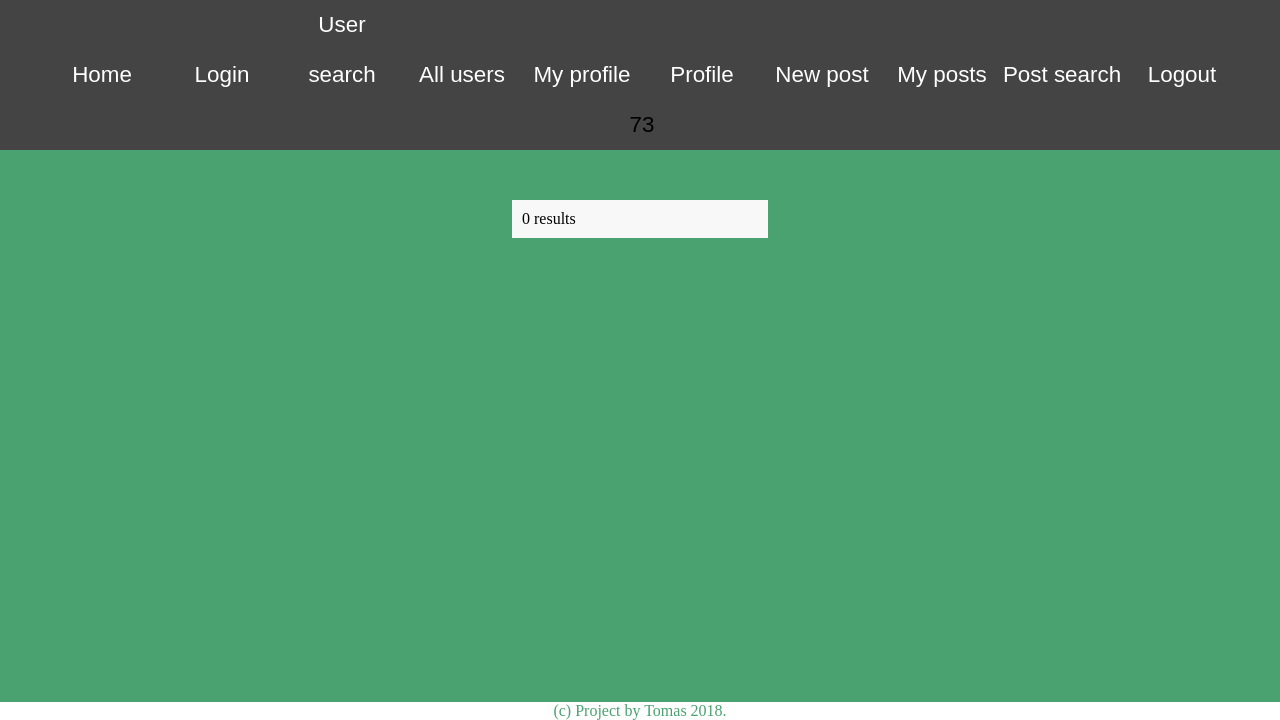
Repository: codin-full-stack/tomasz
Page: http://localhost/tomasz/userInfo.php
The author's editor kept a copy of each file at every save. The page is drawn from the files as they stood at one save, then again after the next save.
The browser window is 1280 px wide. The pictures show the whole page.
The page is run by PHP 8.4 with error messages shown; the project is at /var/www/html/.

Above is the page before, as saved 2018-10-12 11:42:54.

### userInfo.php

<?php
include 'config.php';
include 'header.php';
?>


<div class="userinfo">
    <?php if (isset($_SESSION['id'])) {
            $search_value=$_SESSION["id"];
            $sql="select * from users where id like '%$search_value%'";
            $res=$conn->query($sql); ?>
          <?php  while($row=$res->fetch_assoc()){ ?>
            <div class="userinfo-box">
                <div class="userinfo-box-image-container">
                    <?php if (!empty($row['image'])){ ?>
                        <img src="data:[embedded picture, 66 characters]" class="userinfo-box-image" /></a>
                    <?php } ?>
                </div>
                <div class="userinfo-box-info">
                    <h2 class="userinfo-box-heading">
                        <?php
                             echo "ID - </b>" . $row["id"]. "<br>" .
                                "Vardas: " . $row["name"]. "<br>" .
                                "Pavarde: " . $row["surename"]. "<br>" .
                                "Email: " . $row["email"]. "<br>" .
                                "Amzius: " . $row["age"]. "<br>" .
                                "Miestas: " . $row["city"]. "<br>" .
                                "Lytis: " . $row["gender"]. "<br><br>";
                        ?>
                    </h2>
                </div>
            </div>
        <?php } ?>
    <?php } else { ?>
        0 results
    <?php } ?>
</div>

<?php
include 'footer.php';
?>

### config.php
<?php
$servername = "localhost";
$username = "root";
$password = "";
$db = "tomasz";

$conn = mysqli_connect($servername, $username, $password, $db);

if (!$conn) {
    die("Connection failed: " . mysqli_connect_error());
}
// echo "Connected successfully";

?>

### header.php
<?php
session_start();
// include('sessionCheck.php');
include('jsonFunctions.php');
?>

<!DOCTYPE html>
<html>
<head>
    <meta charset="utf-8" />
    <title>
    <?php
        if(isset($_SESSION['id'])) {
            $search_value=$_SESSION["id"];
            $sql3="select * from users where id ='$search_value'";
            $result3=mysqli_query($conn, $sql3);
            $row3=mysqli_fetch_assoc($result3);
            echo "Prisijunges: " . $row3['name'];
        } else {
            echo 'Prisjunk';
        }
    ?>
    </title>
    <meta name="viewport" content="width=device-width, initial-scale=1.0">
    <link rel="stylesheet" href="styles/styles.css" type="text/css">
    <link href="https://fonts.googleapis.com/css?family=Roboto" rel="stylesheet">
</head>
<header>
    <div class="nav">
        <?php include('TopMenu.php')?>
    </div>
</header>

### jsonFunctions.php
<?php

function scanFiles($dir) {
    $path = __DIR__ . DIRECTORY_SEPARATOR . $dir;
    $files = scandir($path);

    return $files;
}

/** DECODE json to array and return  */
function jsonFileToArray($dir, $file) {
    $path = __DIR__ . DIRECTORY_SEPARATOR . $dir . DIRECTORY_SEPARATOR;
    $file = file_get_contents($path . $file, FILE_USE_INCLUDE_PATH);
    $allInfo = json_decode($file, true);

    return $allInfo;
}

/** ENCODE array to JSON */
function arrayToJsonFile($dir, $data) {
    $path = __DIR__ . DIRECTORY_SEPARATOR . $dir . DIRECTORY_SEPARATOR;
    $encodeFileName = urlencode($data['email'] . '.json');
    $json = json_encode($data, JSON_PRETTY_PRINT|JSON_UNESCAPED_UNICODE);
    file_put_contents($path . $encodeFileName , $json);
    echo "Ikelta: $path . $encodeFileName . <br> . <br>";
}

/** Show all registered users data  */
function allRegisteredList($files, $dir) {
    foreach ($files as $key => $value) {
        $pos = strpos($value, '.json');
        if ($pos != false) {
           $allInfo = jsonFileToArray($dir, $value);
            foreach ($allInfo as $key => $item) {
                if (!is_array($item)) {
                    echo $key . '=>' . $item . '<br/>';
                } else {
                    foreach ($item as $key => $val) {
                        echo $key . '=>' . $val . '<br/>';
                    }
                }
            }
            echo '<br/>';
        }
    }
}

function fileExists($dir, $fileName) {
    $path = __DIR__ . DIRECTORY_SEPARATOR . $dir . DIRECTORY_SEPARATOR;
    if(file_exists($path . $fileName)) {
        return true;
    } else {
        return false;
    }
}
/**
 * SEARCH FOR USER
 */
function searchUser($labelsArray, $fileName, $data) {
    if (!empty ($data)) {
        // var_dump (fileExists('regFormJson', $fileName)); FUNKCIJOS test
        if (fileExists('regFormJson', $fileName)) {
            $json = jsonFileToArray('regFormJson', $fileName);
            unset($json['pass']);
            foreach ($json as $key => $item) {
                if (!empty($item)) {
                    echo $labelsArray[$key] . ': ' .  $item . '<br>' ;
                }
            }
        } else {
            echo "Tokio vartotojo nera";
        }
    }
}

/** Show registered info */
function retrieve($fileName, $data, $labelsArray ) {
    if (!empty ($data)) {
            $json = jsonFileToArray('regFormJson', $fileName);
            foreach ($json as $key => $item) {
                if (!empty($item)) {
                    echo $labelsArray[$key] . ': ' .  $item . '<br>' ;
            }
        }
    }
}


// function loginU($fileName, $data) {
//     if (!empty($data) && fileExists('regFormJson', $fileName)) {

//         header("location: index.php");
//     } else {
//         header("location: login.php");
//     }
// }

function getFilePath($logindata){
    $filePath = __DIR__ . DIRECTORY_SEPARATOR . 'regFormJson' . DIRECTORY_SEPARATOR . urlencode($logindata['email'] . '.json');

    return $filePath;
 }

 /** Funkcija vartotojo duomenu istraukimui */

 function getUserInfo($filePath){
    if(file_exists($filePath)){
        $info2 = file_get_contents($filePath);
        $masyv = json_decode($info2, true);
        return $masyv;
    } else {
        return null;
    }
 }

 function loginU($data){

    $filePath = getFilePath($data);
    $userInfo = getUserInfo($filePath);

    if(!empty($userInfo)){

        checkPass($filePath, $data);

    /** jei vartotojas egzistuoja issitraukti jo duomenis, patikrinti issaugota slaptazodi su postinamu passu ir jei jei sutampa uzsetinti sesija */
    } else {
        echo 'Neteisingas slaptazodis';
    }
 }

 /** funkcija slaptazodzio palyginimui */
 function checkPass($filePath, $data){

    $data['pass1'] = md5($data['pass1']);

    $userInfo = getUserInfo($filePath);

    if ($userInfo['pass'] == $data['pass1']){

        $_SESSION = [
            'email'   => $userInfo['email'],
        ];

        header('refresh:0.1; index.php');
    } else {
        echo 'Neteisingas slaptazodis';
    }
 }


 function userInfo($labelsArray, $fileName) {
    if (fileExists('regFormJson', $fileName)) {
        $json = jsonFileToArray('regFormJson', $fileName);
        unset($json['pass']);
        foreach ($json as $key => $item) {
            if (!empty($item)) {
                echo $labelsArray[$key] . ': ' .  $item . '<br>' ;
            }
        }
    }
 }

function getInfo() {
    if (isset($session['id'])) {

    }
}
?>

### TopMenu.php
<ul>
    <li><a href="index.php">Home</a></li>
    <li class="log"><a href="login.php">Login</a></li>
    <li><a href="paieska.php">User search</a></li>
    <li><a href="allRegisteredList.php">All users</a></li>
    <li><a href="userInfo.php">My profile</a></li>
    <li><a href="infoChange.php">Profile</a></li>
    <li><a href="post_new.php">New post</a></li>
    <li><a href="myPosts.php">My posts</a></li>
    <li><a href="search.php">Post search</a></li>
    <li class="log"><a href="logout.php">Logout</a></li>
    <li class="kaledos"><a></a></li>
</ul>

### footer.php
<div class="footer">
    (c) Project by Tomas 2018.
</div>
<script src="script.js"></script>
</body>
</html>

### styles/styles.css
body {
    background: #4AA270;
    align-items: center;
    height: 100%;
    width: 100%;
    margin: 0;
    padding: 0;

}
.container {
    overflow: hidden;
    margin: 220px auto;
    width: 320px;
    box-sizing: border-box;
}

.box {
    padding: 20px;
    background-color: #FFFFFF;
    height: 280px;
    box-sizing: border-box;

}

.buttons {
    display: flex;
    height: 40px;

}

.lButton {
    width: 50%;
    color: #000000;
    background-color: #FFFFFF;
    border: 0;
    padding: 10px 10px 10px 30px;
    cursor: pointer;
    min-height: 40px;
    justify-content: center;
}

.rButton {
    width: 50%;
    color: #FFFFFF;
    background-color: #E1E1E1;
    border: 0;
    padding: 10px 10px 10px 30px;
    cursor: pointer;
    min-height: 40px;
    justify-content: center;
}

.boxReg {
    padding: 20px;
    background-color: #FFFFFF;
    height: 600px;
    box-sizing: border-box;
}

.field {
    display: flex;
    position: relative;
    width: 100%;
    padding: 2px;
    background-color: #FFFFFF;
    border-style: none;
    border-bottom-style: solid;
    border-bottom-color: #E1E1E1;
    border-width: 1px;
    box-sizing: border-box;
    font-family: 'Roboto', sans-serif;
    box-shadow: inset 20px 20px #FFFFFF;
}

.label {
    display: flex;
    padding-top: 30px;
    font-family: 'Roboto', sans-serif;
    font-size: 12px;
    font-weight: bold;
    position: relative;
    right: -2px;
    border-style: none;
}

.field:focus{
    outline:none;
    border-color: #4AA270;
}

.rButton:focus {
    outline: 0;
    border-bottom: 1px solid #FFFFFF;
    box-shadow: 0 3px 0 #4AA270;
}

.lButton:focus {
    outline: 0;
    border-bottom: 1px solid #FFFFFF;
    box-shadow: 0 3px 0 #4AA270;
}

.sigin {
    background-color: #4AA270;
    color: white;
    padding: 6px 14px;
    border: none;
    width: 40%;
    position: relative;
    top: 60px;
    float: right;
}

.sigin:focus {
    outline: 1;
    outline-color: #4AA270;
}
.forgot-link {
    position: relative;
    float: left;
    top: 65px;
    font-family: 'Roboto', sans-serif;
    font-size: 11px;
    color: #97D8D7;
}
.regButton {
    background-color: #4AA270;
    color: white;
    padding: 6px 14px;
    border: none;
    width: 40%;
    position: relative;
    top: 5px;
    float: right;
}
.labelspace {
    display: flex;
    padding-top: 10px;
    font-family: 'Roboto', sans-serif;
    font-size: 12px;
    font-weight: bold;
    position: relative;
    right: -2px;
    border-style: none;
}
.labelradio {
    display: inline-block;
    font-family: 'Roboto', sans-serif;
    font-size: 12px;
    font-weight: bold;
    position: relative;
    right: -2px;
    border-style: none;
}
.footer {
    position: fixed;
    left: 0;
    bottom: 0;
    width: 100%;
    background-color: #ffffff;
    color: #4AA270;
    text-align: center;

}
.allreg {
    color: #4AA270;
}

.feed {
    display: flex; /* or inline-flex */
    width: 61%;
    background-color: #F8F8F8;
    margin-top: 40px;
    margin-right: auto;
    margin-left: auto;
    flex-wrap: wrap;
    justify-content: space-around;
    padding: 10px;
}

.feed-box {
    height: 425px;
    width: 270px;
    background-color:#ffffff;
    position: relative;
    overflow: hidden;
    margin: 5px;
}

.feed-box-image {
    height: auto;
    width: 100%;

}
.feed-box:nth-child(4n-3) {
    width: 560px;
}
.feed-box-title {
    position: absolute;
    bottom: 0;
    padding: 5px;
    background-color: #ffffff;
    width: 100%;
}
.feed-box-image-container {
    overflow: hidden;
    height: 290px;
    width: auto;

}

* {
    box-sizing: border-box;
}

.feed-box-heading {
    overflow-wrap: break-word;
    font-family: 'Roboto', sans-serif;
    font-size: 20px;
}

.mygtukasPaieska {
    text-align: right;
    background: white;
    margin: auto;
}

.searchbutton {
    background-color: #4AA270;
    color: white;
    padding: 6px 14px;
    border: none;
    width: 30%;
    position: absolute;
    top: 45px;
    right: 20px;

}

.paieska {
    display: block;
    width: 300px;
    background-color: #ffffff;
    min-height: 140px;
    margin-top: 40px;
    margin-right: auto;
    margin-left: auto;
    flex-wrap: wrap;
    position: relative;
    top: 100px;
    padding: 10px;
}

.textPad {
    padding: 20px;
    background-color: white;
    width: 400px;
    margin: 250px auto;
}
.fieldPost {
    display: flex;
    position: relative;
    width: 100%;
    padding: 10px;
    background-color: #FFFFFF;
    border-style: none;
    border-bottom-style: solid;
    border-bottom-color: #E1E1E1;
    border-width: 1px;
    box-sizing: border-box;
    font-family: 'Roboto', sans-serif;
    box-shadow: inset 20px 20px #FFFFFF;
}
.fieldPost:focus{
    outline:none;
    border-color: #4AA270;
}
.postButton {
    background-color: #4AA270;
    color: white;
    padding: 6px 14px;
    border: none;
    width: 30%;
    position: relative;
    top: -15px;
    float: right;
}
.feed-box-heading a {
    font-family: 'Roboto', sans-serif;
    font-size: 20px;
    color: #494949;
    border: none;
    text-decoration: none;
}

.boxLogin {
    display: flex; /* or inline-flex */
    background-color: transparent;
    margin-top: 40px;
    margin-right: auto;
    margin-left: auto;
    flex-wrap: wrap;
    padding: 10px;
}
.containerlogin {
    overflow: hidden;
    margin: 220px auto;
    width: 320px;
    box-sizing: border-box;
}

.nav {
    position: fixed;
    width: 100%;
    background-color: #494949;
    overflow: hidden;
    top: 0px;
    z-index: 100;
    left: 0px;
}

.nav ul {
    list-style: none;
    background-color: #444;
    text-align: center;
    padding: 0;
    margin: 0;
  }
  .nav li {
    font-family: 'Oswald', sans-serif;
    font-size: 1.2em;
    line-height: 40px;
    height: 40px;
    border-bottom: 1px solid #888;
    width: 100%;
  }

  .nav a {
    text-decoration: none;
    color: #fff;
    display: block;
    transition: .3s background-color;
  }

  .nav a:hover {
    background-color: #025e10;
  }

  .nav a.active {
    background-color: #fff;
    color: #444;
    cursor: default;
  }
  .users {
    display: flex;
    width: 80%;
    background-color: #F8F8F8;
    margin-top: 50px;
    margin-right: auto;
    margin-left: auto;
    flex-wrap: wrap;
    justify-content: space-between;
    padding: 10px;
}
.userinfo {
    display: flex;
    width: 20%;
    background-color: #F8F8F8;
    margin-top: 200px;
    margin-right: auto;
    margin-left: auto;
    flex-wrap: wrap;
    justify-content: space-between;
    padding: 10px;
}

  @media screen and (min-width: 435px) {
    .nav li {
      width: 120px;
      border-bottom: none;
      height: 50px;
      line-height: 50px;
      font-size: 1.4em;
      display: inline-block;
      margin-right: -4px;
    }
}

@media only screen and (max-width: 1440px) {
    .feed-box:nth-child(4n+4) {
        width: 560px;
    }
    .feed {
        margin-top: 45px;
    }
}
@media only screen and (max-width: 1024px) {
    .feed-box:nth-child(1n) {
        width: 48%;
    }
    .feed {
        width: 75%;
        margin-top: 93px;
    }
    .users-box:nth-child(1n) {
        width: 32%;
    }
    .users {
        margin-top: 93px;
    }
    .userinfo {
        width: 30%;
    }

}
@media only screen and (max-width: 768px) {
    .feed-box:nth-child(1n) {
        width: 100%;
    }
    .users-box:nth-child(1n) {
        width: 48%;
    }
    .users {
        margin-top: 93px;
    }
    .userinfo {
        width: 40%;
    }
}
@media only screen and (max-width: 425px) {
    .feed-box:nth-child(1n) {
        width: 100%;
    }
    .feed {
        width: 90%;
        margin-top: 393px;
    }
    .users {
        width: 90%;
        margin-top: 393px;
    }
    .userinfo {
        width: 60%;
        margin-top: 393px;
    }
}
@media only screen and (max-width: 320px) {
    .feed-box:nth-child(1n) {
        width: 100%;
    }
    .feed {
        width: 95%;
    }
    .users {
        width: 95%;
    }
    .userinfo {
        width: 90%;
    }
}
.allUsers a {
    font-family: 'Roboto', sans-serif;
    font-size: 12px;
    color: #494949;
    overflow-wrap: break-word;
}

.users-box {
    height: 425px;
    width: 270px;
    background-color:#ffffff;
    position: relative;
    overflow: hidden;
    margin: 5px;
}

.users-box-image {
    height: auto;
    width: 100%;

}

.users-box-info {
    position: absolute;
    bottom: 0;
    padding: 5px;
    background-color: #ffffff;
    width: 100%;
}
.users-box-image-container {
    overflow: hidden;
    height: 290px;
    width: auto;

}
.users-box-heading {
    overflow-wrap: break-word;
    font-family: 'Roboto', sans-serif;
    font-size: 17px;
}

.userinfo-box {
    height: 425px;
    width: 100%;
    background-color:#ffffff;
    position: relative;
    overflow: hidden;
    margin: 5px;
}

.userinfo-box-image {
    height: auto;
    width: 100%;

}

.userinfo-box-info {
    position: absolute;
    bottom: 0;
    padding: 5px;
    background-color: #ffffff;
    width: 100%;
}
.userinfo-box-image-container {
    overflow: hidden;
    height: 290px;
    width: auto;

}
.userinfo-box-heading {
    overflow-wrap: break-word;
    font-family: 'Roboto', sans-serif;
    font-size: 17px;
}

.tableinfo {
    margin-top: 100px;
    max-width: 100%;
    min-height: 100%;
}

thead {
    background-color: #6D7AE0;
    color: #fff;
    font-family: 'Roboto', sans-serif;
    font-size: 17px;
    text-align: left;

}

tbody {
    background-color: #ffffff;
    font-family: 'Roboto', sans-serif;
    font-size: 14px;


}

table {
    border-collapse: collapse;
    border-radius: 12px;
    border: none;
    letter-spacing: 1px;
    font-family: sans-serif;
    font-size: .8rem;
    width: 50%;
    overflow: hidden;
    margin-left: auto;
    margin-right: auto;

}

th {
    border: none;
    padding: 5px 40px;
    height: 60px;
    font-weight: normal !important;
}

td {
    border: none;
    /* padding: 5px 40px; */
    text-align: center;
    height: 50px;
    font-weight: normal !important;
    border-bottom: 1px solid #F2F2F2;
    text-align: left;
}

td a {
    padding: 15px 40px;
    text-decoration: none;
    color: #646464;
}
@media only screen and (max-width: 760px),
(min-device-width: 768px) and (max-device-width: 1024px)  {

	/* Force table to not be like tables anymore */
	table, thead, tbody, th, td, tr {
        display: block;
    }
    table {
        width: 90%;
    }

	/* Hide table headers (but not display: none;, for accessibility) */
	thead tr {
		position: absolute;
		top: -9999px;
		left: -9999px;
	}

	tr { border: 1px solid #ccc; }

	td {
		border: none;
		border-bottom: 1px solid #eee;
		position: relative;
		padding-left: 50%;
	}

	td:before {
		position: absolute;
		top: 6px;
		left: 6px;
		width: 45%;
		padding-right: 10px;
		white-space: nowrap;
    }

	td:nth-of-type(1):before { content: "Full name"; }
	td:nth-of-type(2):before { content: "Age"; }
	td:nth-of-type(3):before { content: "Job Title"; }
	td:nth-of-type(4):before { content: "Location"; }

}

### script.js
// Set the date we're counting down to
function kaledos() {
    var countDownDate = new Date("Dec 25, 2018 00:00:00").getTime();

    // Update the count down every 1 second
    var x = setInterval(function() {


    // Get todays date and time
    var now = new Date().getTime();


    // Find the distance between now and the count down date
    var distance = countDownDate - now;

    // Time calculations for days, hours, minutes and seconds
    var days = Math.floor(distance / (1000 * 60 * 60 * 24));
    var hours = Math.floor((distance % (1000 * 60 * 60 * 24)) / (1000 * 60 * 60));
    var minutes = Math.floor((distance % (1000 * 60 * 60)) / (1000 * 60));
    var seconds = Math.floor((distance % (1000 * 60)) / 1000);


    // Display the result in the element with id="demo"
      document.getElementById("demo").innerHTML =  days + "d " + hours + "h "
      + minutes + "m " + seconds + "s ";
      document.getElementById('kaledos').style.visibility='visible';

    //   var left = days + "d " + hours + "h "+ minutes + "m " + seconds + "s ";
    //   console.log(left);

    // If the count down is finished, write some text
        if (distance < 0) {
            clearInterval(x);
            document.getElementById("demo").innerHTML = "Kaledos!";
        }
    }, 1000);
}

var countDownDate = new Date("Dec 25, 2018 00:00:00").getTime();
var now = new Date().getTime();
var distance = countDownDate - now;
var days = Math.floor(distance / (1000 * 60 * 60 * 24));
//

var target = document.querySelector('.kaledos');
target.innerHTML = days;

After the next save:
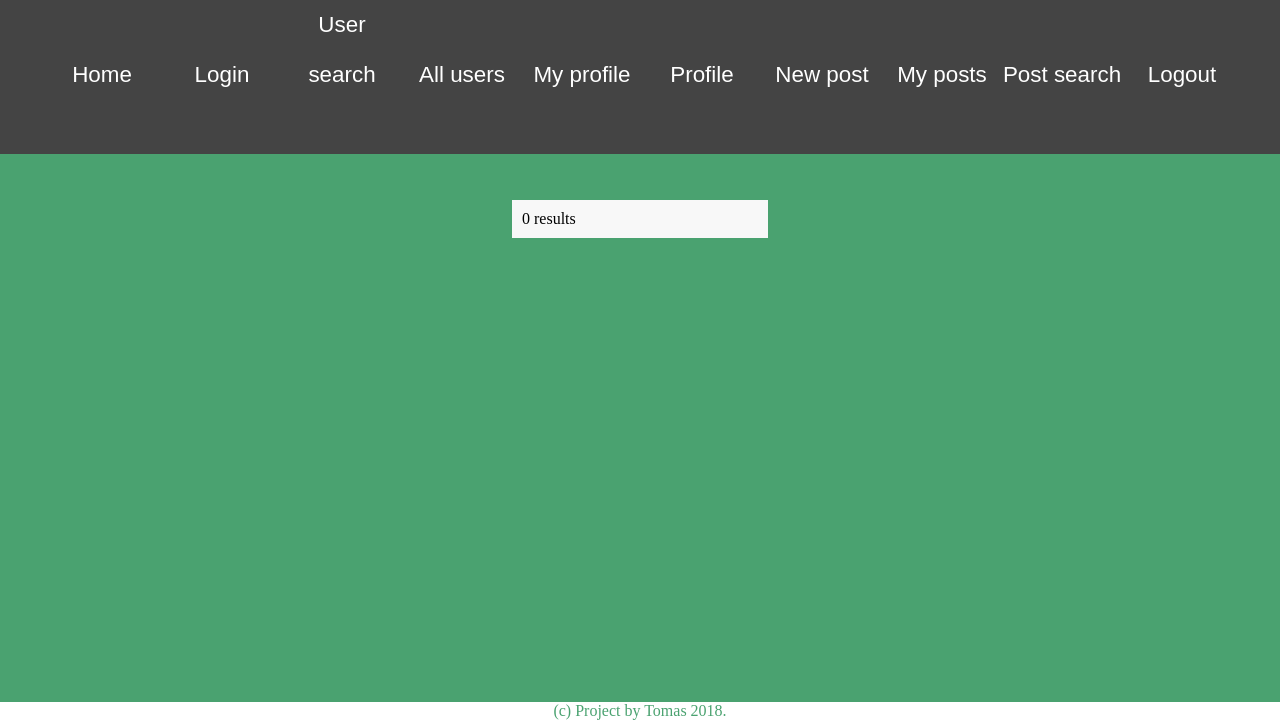
Saved 70 s later.
--- a/script.js
+++ b/script.js
@@ -42,5 +42,5 @@
 var days = Math.floor(distance / (1000 * 60 * 60 * 24));
 //
 
-var target = document.querySelector('.kaledos');
+var target = document.querySelector('.kaledos').style.color;
 target.innerHTML = days;

After the 2 saves that followed:
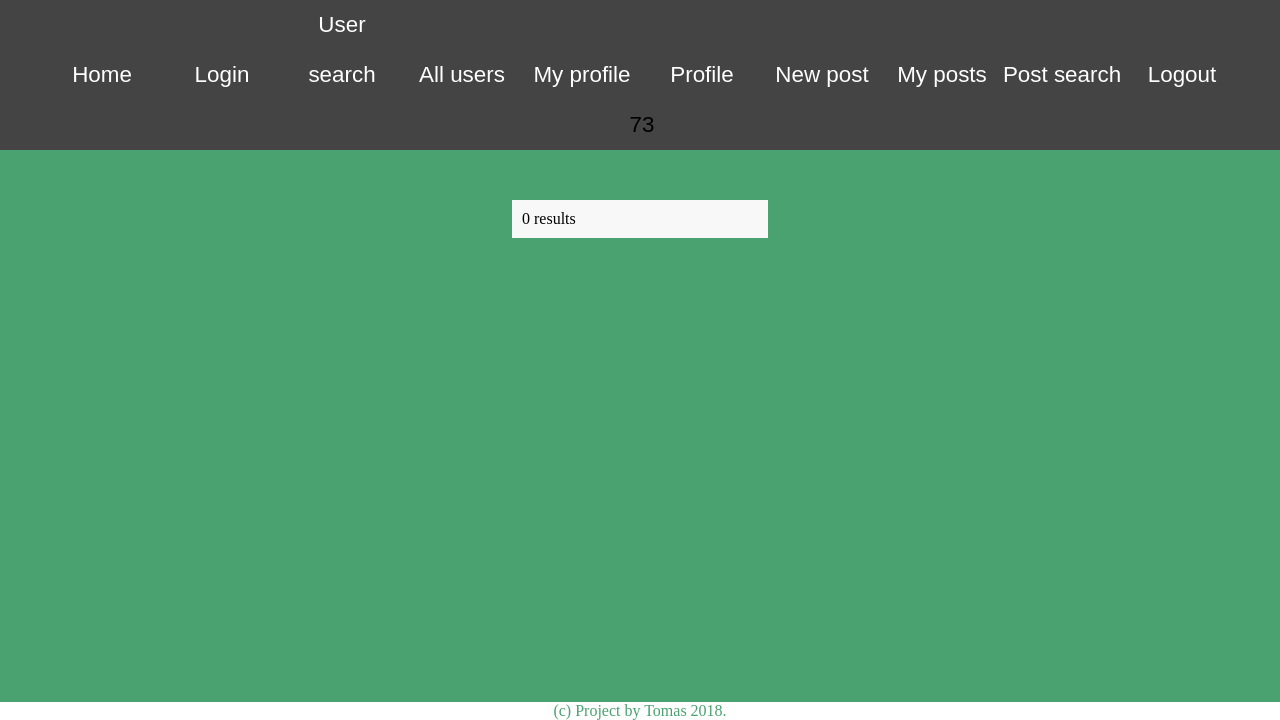
The 2 saves are shown as one change because 1 left the picture as it was.
The last was saved 36 s later.
--- a/script.js
+++ b/script.js
@@ -42,5 +42,5 @@
 var days = Math.floor(distance / (1000 * 60 * 60 * 24));
 //
 
-var target = document.querySelector('.kaledos').style.color;
+var target = document.querySelector('.kaledos');
 target.innerHTML = days;
